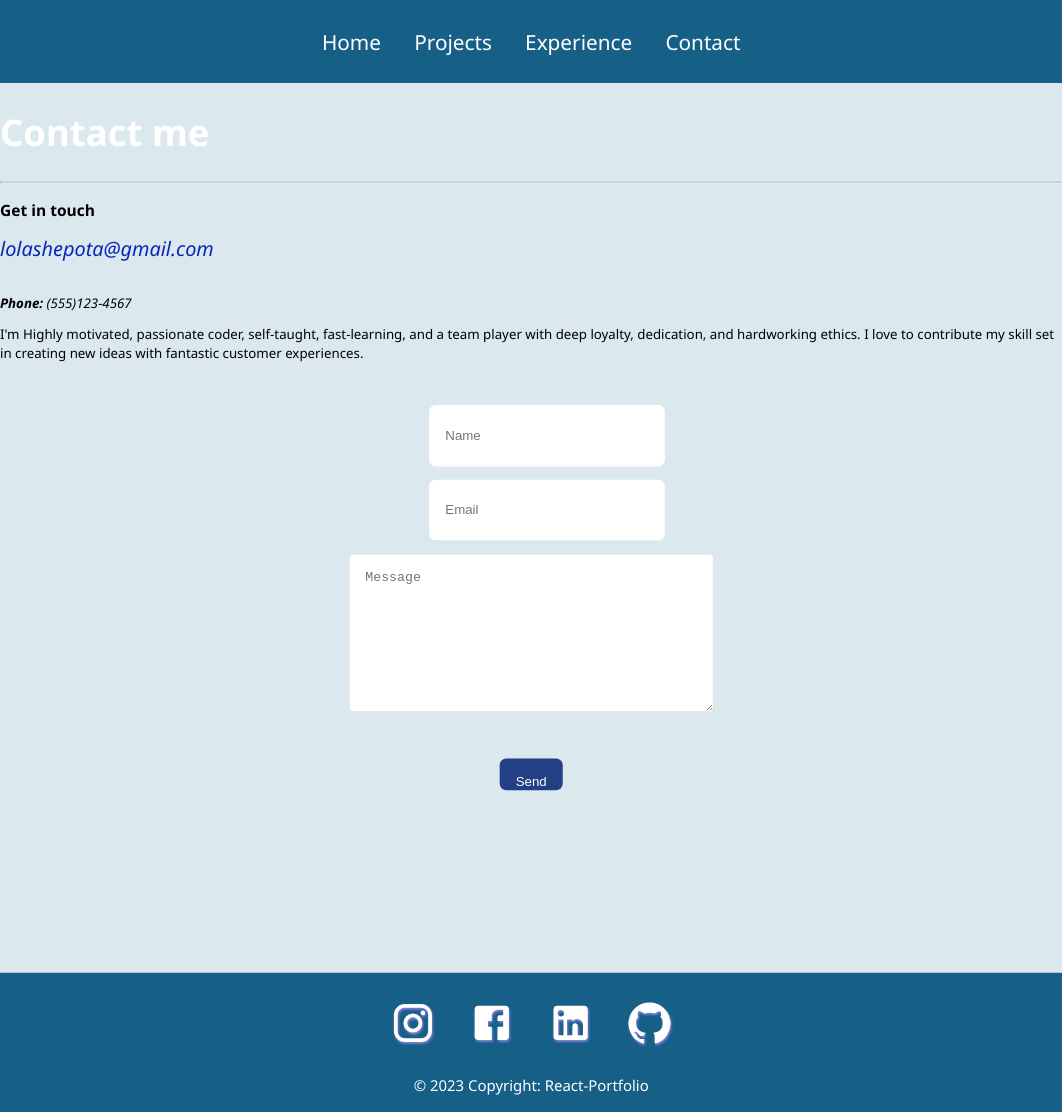
Repository: LolaSL/react-portfolio
Page: /contact
An editor plug-in stored every save of this project. The page is shown before and after the next save, followed by the edit.
The browser window is 1280 px wide. The pictures show the whole page, at 83% of full size.
The project was rebuilt for these pictures with package versions that can differ from the ones it lists, and the page was loaded fresh each time. Also part of the build but not shown: src/pages/Home/Style.css, src/pages/Home/Home.jsx, src/components/ProjectItem/Style.css, src/components/ProjectItem/ProjectItem.jsx, src/helpers/ProjectList.js, src/pages/Projects/Style.css, src/pages/Projects/Projects.jsx, src/pages/Experience/Style.css and 2 more.

Above is the page before, as saved 2023-09-27 17:47:38.

### src/App.js
import './App.css';
import { BrowserRouter as Router, Routes, Route } from 'react-router-dom';
import Home from './pages/Home/Home.jsx';
import Projects from './pages/Projects/Projects.jsx';
import Experience from './pages/Experience/Experience.jsx';
import Navbar from "./components/Navbar/Navbar.jsx";
import Footer from './components/Footer/Footer.jsx';
import ProjectDetail from './pages/ProjectDetail/ProjectDetail';
import Contact from './pages/Contact/Contact';


function App() {
  return (
    <div className="App">
      <Router>
      <Navbar />
        <Routes>
          <Route path="/" element={<Home />} />
          <Route path="/projects" element={<Projects />} />
          <Route path="/project/:id" element={<ProjectDetail />} />
          <Route path="/experience" element={<Experience />} />
          <Route path="/contact" element ={<Contact/>}/>
        </Routes>
        <Footer />
      </Router>
    </div>
  );
}

export default App;

### src/App.css
.App {
  width: 100%;
  height: auto;
  display: flex;
  flex-direction: column;
  font-family:'Segoe UI', Tahoma, Geneva, Verdana, sans-serif;
  background-color: #dbe9ee;
}

body {
  margin: 0;
  padding: 0;
}

### src/components/Navbar/Navbar.jsx
import React, { useEffect, useState } from "react";
import { Link, useLocation } from "react-router-dom";
import DehazeIcon from "@mui/icons-material/Dehaze";
import "./Style.css";

const Navbar = () => {
  const [expandNavbar, setExpandNavbar] = useState(false);
  const location = useLocation();
  useEffect(() => {
    setExpandNavbar(false);
  }, [location]);
  return (
    <div className="navbar" id={expandNavbar ? "open" : "close"}>
      <div className="toggleButton">
        <button
          onClick={() => {
            setExpandNavbar((prev) => !prev);
          }}
        >
          <DehazeIcon />
        </button>
      </div>
      <div className="links">
        <Link to="/"> Home </Link>
        <Link to="/projects"> Projects </Link>
        <Link to="/experience"> Experience </Link>
        <Link to="/contact"> Contact </Link>
      </div>
    </div>
  );
};

export default Navbar;

### src/components/Footer/Footer.jsx
import React from "react";
import { Link } from "react-router-dom";
import InstagramIcon from "@mui/icons-material/Instagram";
import FacebookIcon from "@mui/icons-material/Facebook";
import LinkedInIcon from "@mui/icons-material/LinkedIn";
import GitHubIcon from "@mui/icons-material/GitHub";
import "./Style.css";

const Footer = () => {
  return (
    <div className="footer">
      <div className="socialMedia">
        <Link to="https://www.instagram.com">
          <InstagramIcon />
        </Link>
        <Link to="https://www.facebook.com">
          <FacebookIcon />
        </Link>
        <Link to="https://www.linkedin.com/in/lola-s-2aba6340-lo">
          <LinkedInIcon />
        </Link>
        <Link to="https://github.com">
          <GitHubIcon />
        </Link>
      </div>
      <div className="copyright">
        <p>&copy; {new Date().getFullYear()} Copyright: React-Portfolio</p>
      </div>
    </div>
  );
};

export default Footer;

### src/pages/Contact/Contact.jsx
import React, { useRef } from "react";
import emailjs from "@emailjs/browser";
import { Container, Row, Col } from "react-bootstrap";
import { contactConfig } from "./contactConfig";
import "./Style.css";

const ContactForm = () => {
  const form = useRef();

  const sendEmail = (e) => {
    e.preventDefault();

    emailjs.sendForm("MY_SERVICE", "MY-TEMPLATE", form.current, "MY-KEY").then(
      (result) => {
        console.log(result.text);
        console.log("message sent");
      },
      (error) => {
        console.log(error.text);
      }
    );
  };
  return (
    <Container>
      <Row className="mb-5 mt-3">
        <Col lg="8">
          {" "}
          <h1 className="display-4 mb-4">Contact me</h1>
          <hr className="t_border my-4 ml-0 text-left" />
        </Col>
      </Row>
      <Row className="sec-sp">
        <Col lg="5" className="mb-5">
          <h3 className="color_sec py-4">Get in touch</h3>
          <address>
            <strong>      <a href={`mailto:${contactConfig.YOUR_EMAIL}`}>
                {contactConfig.YOUR_EMAIL}
              </a></strong>
              <br />
              <br />
              {contactConfig.hasOwnProperty("YOUR_FONE") ? (
                <p>
                  <strong>Phone:</strong> {contactConfig.YOUR_FONE}
                </p>
              ) : (
                ""
              )}
            </address>
            <p>{contactConfig.description}</p>
          </Col>
        <Col lg="7" className="d-flex align-items-center">
          <form ref={form} onSubmit={sendEmail} className="contact-form w-100">
          <Row>
                <Col lg="6" className="form-group">
                  <input
                    className="form-control"
                    id="name"
                    name="name"
                    placeholder="Name"
                    type="text"
                    required
                  />
                </Col>
                <Col lg="6" className="form-group">
                  <input
                    className="form-control rounded-0"
                    id="email"
                    name="email"
                    placeholder="Email"
                    type="email"
                    required
                  />
                </Col>
              </Row>
              <textarea
                className="form-control rounded-0"
                id="message"
                name="message"
                placeholder="Message"
                rows="5"
                required
              ></textarea>
              <br />
            <Row>
              <Col lg="12" className="form-group">
                <input
                  type="submit"
                  className="btn"
                  value="Send"
                  disabled={true}
                />
              </Col>
            </Row>
          </form>
        </Col>
      </Row>
    </Container>
  );
};

export default ContactForm;

### src/components/Navbar/Style.css
.navbar {
  width: 100%;
  height: 100px;
  background: #166088;
}

.links {
  width: 100%;
  height: 100%;
  display: flex;
  align-items: center;
  justify-content: center;
  color: white;
}

.navbar a {
  color: white;
  text-decoration: none;
  margin: 20px;
  font-size: 25px;
}

.toggleButton {
  width: 100%;
  height: 100px;
  display: flex;
  align-items: center;
  justify-content: flex-end;
}

.toggleButton svg {
  font-size: 50px;
}
.toggleButton button {
  margin-right: 20px;
  padding: 8px;
  background-color: transparent;
  border: none;
  color: white;
  cursor: pointer;
}

#open {
  height: 100vh;
}

#open .links {
  flex-direction: column;
  justify-content: flex-start;
  margin-top: 100px;
}

#open a {
  width: 100%;
  text-align: center;
}

@media only screen and (max-width: 900px) {
  .navbar a {
    width: 600px;
  }
}

@media only screen and (max-width: 600px) {
  .toggleButton {
    display: flex;
  }
  #close a {
    display: none;
  }
}

@media only screen and (min-width: 600px) {
  .toggleButton {
    display: none;
  }

  .hiddenLinks {
    display: none;
  }

  #open {
    height: 100px;
  }

  #open .links {
    flex-direction: row;
  }
}

### src/components/Footer/Style.css
.footer {
    width: 100%;
    height: 155px;
    background: #166088;
    display: flex;
    justify-content: center;
    align-items: center;
    flex-direction: column;
    padding-top: 10px;
    margin-top: 200px;
    position: related;
    bottom: 0;
    left: 0;
    right: 0;
  }
  .footer{
    height: 22vh;
  }
  .socialMedia svg{
    color: white;
    margin: 20px;
    font-size: 55px;
    cursor: pointer;
    margin-bottom: 10px;
  }
  .socialMedia svg:hover{
    color: #e76972;
    margin: 20px;
    font-size: 55px;
    cursor: pointer;
    margin-bottom: 10px;
    background-color: transparent;
    transition: all ease 0.3s;
    border: none;
    text-shadow: 0 0 0.625em #d83535;
  }
.copyright p{
    color: white;
    font-size: 18px;
  }

  @media only screen and (max-width: 600px) {
    .footer svg {
      font-size: 50px;
    }
    .copyright p{
      font-size: 16px;
    }
  }

### src/pages/ProjectDetail/Style.css
.project {
  width: 100%;
    height: auto;
    display: flex;
    justify-content: center;
    align-items: center;
    flex-direction: column;
    color: #3e497a;
}

.project  h1 {
  text-align: center;
  color: #3e497a;
  font-size:50px;
  font-weight: bolder;
  margin-top: 30px

}
.project img {
  max-width: 700px;
  border-radius: 10px;
  margin-bottom: 40px;
}

.project h3 {
  font-size: 1.7rem;
  color: #3e497a;
  padding: 50px;
  text-align: justify;
}
a {
  text-decoration: none;
  color: rgb(11, 37, 185);
  font-weight: normal;
  font-size: 24px;
}
a:hover {
  text-decoration: none;
   color: #e76972;
  font-weight: bold;
  transition: all ease 0.3s;
  font-size: 24px;
  cursor: pointer;
  text-shadow: 0 0 0.625em #d83535;
}
.project svg {
  font-size: 60px;
  color: #3e497a;
}
.project svg:hover {
  color: #2d2d84;
  cursor: pointer;
}
svg {
  filter: drop-shadow(1px 2px 1px rgb(144, 130, 227));
}
@media only screen and (max-width: 1300px) {
  .project img {
    max-width: 500px;
    border-radius: 8px;
  }
  .project h1 {
    font-size: 1.8rem;
  }
  .project h3 {
    font-size: 1.4rem;
  }
}

@media only screen and (max-width: 800px) {
  .project img {
    max-width: 374px;
    border-radius: 6px;
  }
  .project h1 {
    font-size:37px;
    text-align: center;
    color: #3e497a;
  }
  .project h3 {
    font-size: 1.3rem;
  }

}

### src/pages/Contact/contactConfig.js
// const contactConfig = {
//     description: "I'm Highly motivated, passionate coder, self-taught, fast-learning, and a team player with deep loyalty, dedication, and hardworking ethics. I love to contribute my skill set in creating new ideas with fantastic customer experiences."
// }
// export {
//     contactConfig
// }
const logotext = 'Lola Shepota';
const meta = {
    title: 'Lola Shepota',
    description:
        "I'm Highly motivated, passionate coder, Full-Stact Junior. ",
};

const introdata = {
    title: 'I’m John Doe',
    animated: {
        first: 'I love coding',
        second: "I'm creating new ideas with fantastic customer experiences",
        third: 'A team player with deep loyalty',
    },
    description:
        "I'm self-taught, fast-learning, and  dedication, and hardworking ethics. I love contributing my skills to code websites.",
    your_img_url: 'https://avatars.githubusercontent.com/u/67796082?v=4',
};

const dataabout = {
    title: 'About my self',
    aboutme:
        'Lorem ipsum dolor sit amet, consectetur adipiscing elit. Praesent quis dolor id ligula semper elementum feugiat pretium nulla. Nunc non commodo dolor. Nunc mollis dignissim facilisis. Morbi ut magna ultricies.',
};
const worktimeline = [
    {
        jobtitle: 'Designer of week',
        where: 'YAdfi',
        date: '2020',
    },
    {
        jobtitle: 'Designer of week',
        where: 'Jamalya',
        date: '2019',
    },
    {
        jobtitle: 'Designer of week',
        where: 'ALquds',
        date: '2019',
    },
];



const services = [
    {
        title: 'UI & UX Design',
        description:
            'Lorem ipsum dolor sit amet, consectetur adipiscing elit. Sed at nisl euismod urna bibendum sollicitudin.',
    },
    {
        title: 'Mobile Apps',
        description:
            'Lorem ipsum dolor sit amet, consectetur adipiscing elit. Sed at nisl euismod urna bibendum sollicitudin.',
    },
    {
        title: 'Wordpress Design',
        description:
            'Lorem ipsum dolor sit amet, consectetur adipiscing elit. Sed at nisl euismod urna bibendum sollicitudin.',
    },
];

const contactConfig = {
    YOUR_EMAIL: 'lolashepota@gmail.com',
    YOUR_FONE: '(555)123-4567',
    description:
        "I'm Highly motivated, passionate coder, self-taught, fast-learning, and a team player with deep loyalty, dedication, and hardworking ethics. I love to contribute my skill set in creating new ideas with fantastic customer experiences.",
    YOUR_SERVICE_ID: 'service_id',
    YOUR_TEMPLATE_ID: 'template_id',
    YOUR_USER_ID: 'user_id',
};


export {
    meta,
    dataabout,
    worktimeline,
    services,
    introdata,
    contactConfig,
    logotext,
};

### src/pages/Contact/Style.css
.container {
  background-color:#0b0f23
  color:white;
}
.contact-form {
  max-width: 400px;
  margin: 0 auto;
  padding: 20px;
  background-color: #dbe9ee;
  display: flex;
  flex-direction: column;
  align-items: center;
  color: #1e3183;
  font-size: 18px;
  font-weight: 600;


}
h1{
  font-size: 44px;
 color: white;


}
  input {
    width: 100%;
    height: 35px;
    padding: 9px;
    outline: none;
    border-radius: 5px;
    border: 1px solid rgb(220, 220, 220);

    &:focus {
      border: 2px solid rgba(0, 206, 158, 1);
    }
  }
  input,
  textarea {
    width: 100%;
    font-size: 1rem;
    padding: 1.2rem;
    color: grey;
    background-color: dark;
    outline: none;
    border: none;
    border-radius: 8px;
    margin-top: 1rem;
  }
  textarea {
   width: 100%;
    max-height: 100px;
    border-radius: 8px;
    padding: 1.2rem;
    outline: none;
    border-radius: 5px;
    border: 1px solid rgb(220, 220, 220);
    min-height:150px;
    resize: vertical;
    &:focus {
      border: 2px solid rgba(0, 206, 158, 1);
    }
  }

  input[type="submit"] {
    margin-top: 2rem;
    cursor: pointer;
    background: #233f86;
    color: white;
    border: none;
    width: 100%;
  }
  input:hover[type="submit"] {
    margin-top: 2rem;
    cursor: pointer;
    background: #e76972;
    color: white;
    border: none;
  }

/*
  .form-group {
    width: 100%;
    margin-bottom: 2rem;
  }
  label {
    font-size: 1.8rem;
  }
  input,
  textarea {
    width: 100%;
    font-size: 2rem;
    padding: 1.2rem;
    color: var(--gray-1);
    background-color: var(--deep-dark);
    outline: none;
    border: none;
    border-radius: 8px;
    margin-top: 1rem;
  }
  textarea {
    min-height: 250px;
    resize: vertical;
  }
  button[type='submit'] {
    background-color: var(--gray-1);
    color: var(--black);
    font-size: 2rem;
    display: inline-block;
    outline: none;
    border: none;
    padding: 1rem 4rem;
    border-radius: 8px;
    cursor: pointer;
  } */

Loaded but not shown: public/index.html (common file); src/index.js (common file); src/reportWebVitals.js (common file)

After the next save:
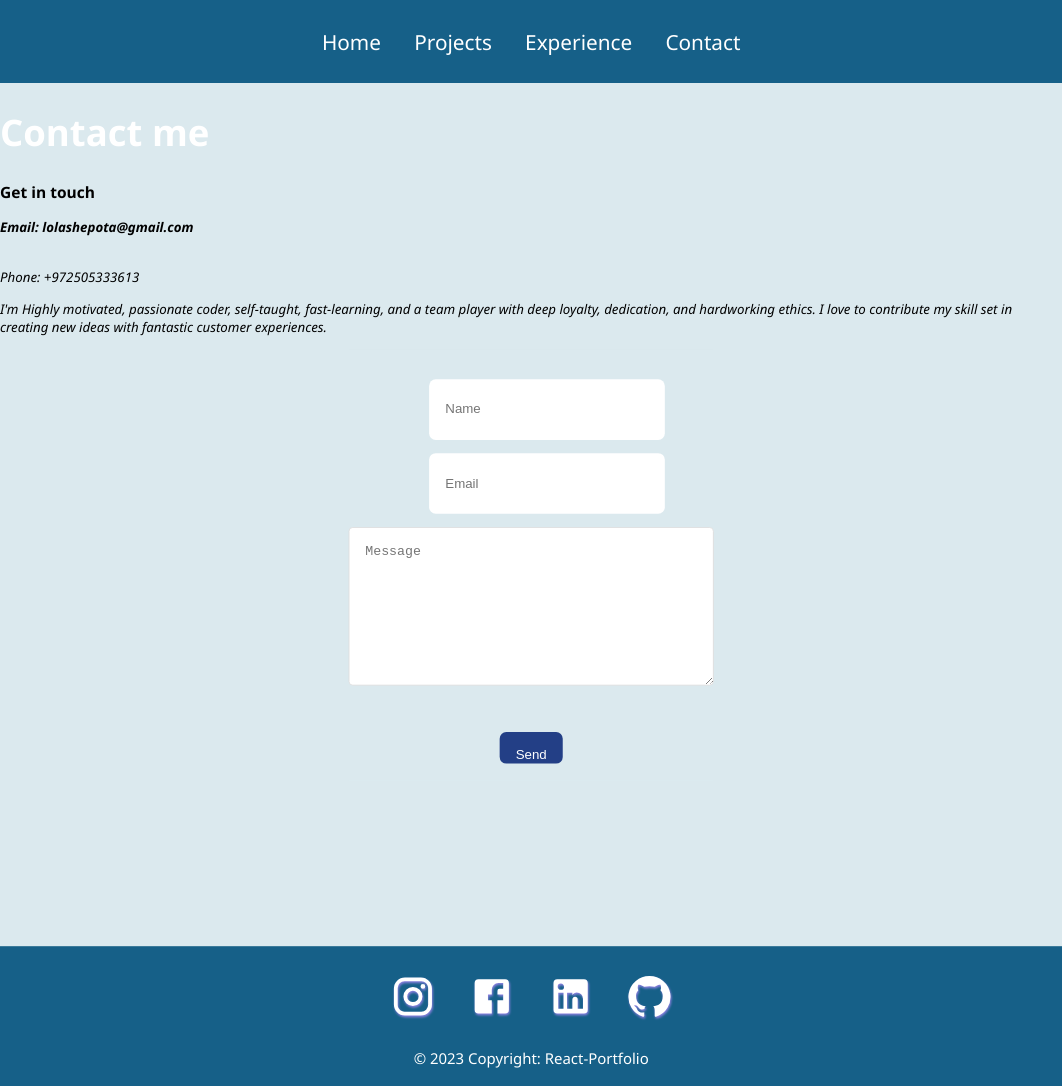
Saved 6 s later.
--- a/src/pages/Contact/Contact.jsx
+++ b/src/pages/Contact/Contact.jsx
@@ -26,28 +26,19 @@ const ContactForm = () => {
         <Col lg="8">
           {" "}
           <h1 className="display-4 mb-4">Contact me</h1>
-          <hr className="t_border my-4 ml-0 text-left" />
         </Col>
       </Row>
       <Row className="sec-sp">
         <Col lg="5" className="mb-5">
           <h3 className="color_sec py-4">Get in touch</h3>
           <address>
-            <strong>      <a href={`mailto:${contactConfig.YOUR_EMAIL}`}>
-                {contactConfig.YOUR_EMAIL}
-              </a></strong>
-              <br />
-              <br />
-              {contactConfig.hasOwnProperty("YOUR_FONE") ? (
-                <p>
-                  <strong>Phone:</strong> {contactConfig.YOUR_FONE}
-                </p>
-              ) : (
-                ""
-              )}
-            </address>
+            <strong>Email: lolashepota@gmail.com</strong>
+            <br />
+            <br />
+            <p>Phone: +972505333613</p>
             <p>{contactConfig.description}</p>
-          </Col>
+          </address>
+        </Col>
         <Col lg="7" className="d-flex align-items-center">
           <form ref={form} onSubmit={sendEmail} className="contact-form w-100">
           <Row>
